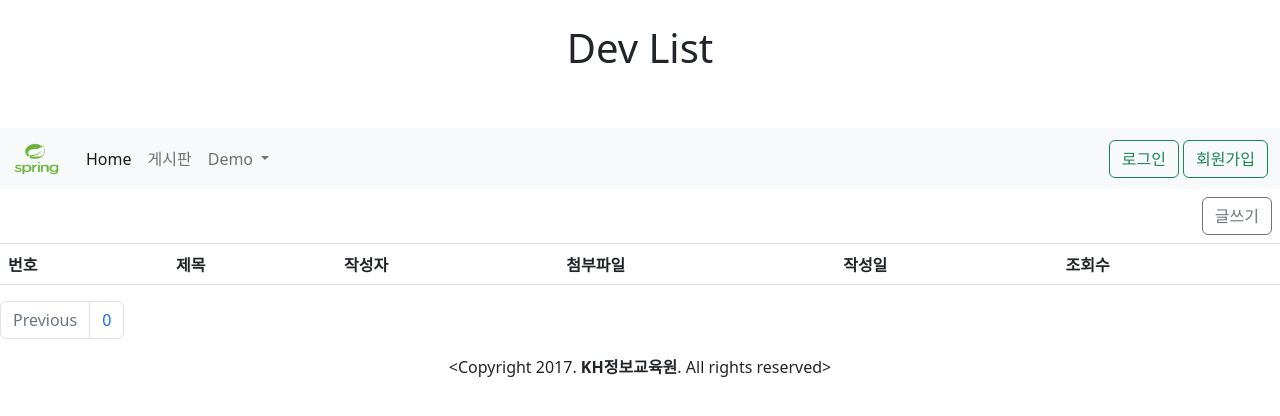
Repository: yerimeee/06_springWork
Page: http://localhost/springProject/WEB-INF/views/board/boardList.jsp
An editor plug-in stored every save of this project. The page is shown before and after the next save, followed by the edit.
The browser window is 1280 px wide. The pictures show the whole page.
The page is served by Tomcat 9. Nobody is signed in. The template is opened directly, without the code that normally fills it, so the values that code supplies are empty.

Above is the page before, as saved 2023-06-16 08:28:35.

After the next save:
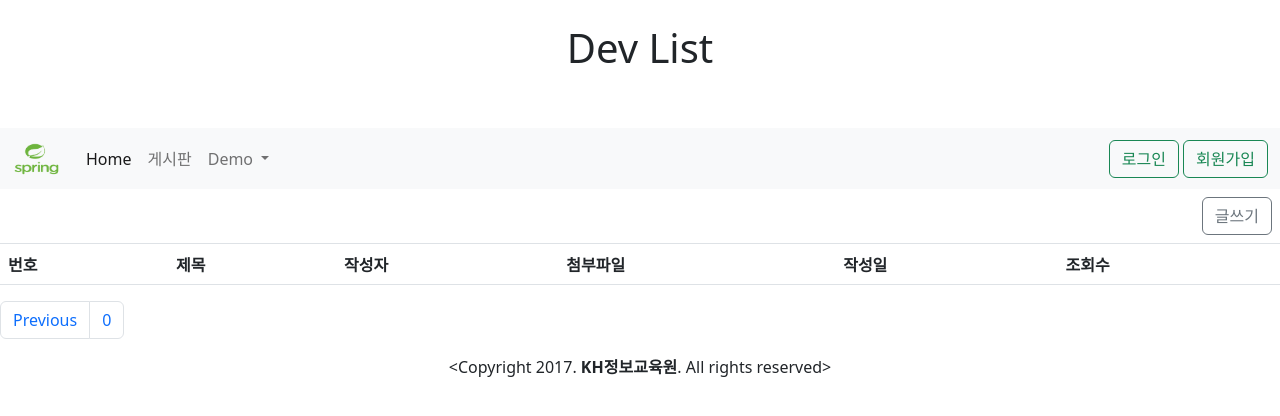
Saved 73 s later.
--- a/springProject/src/main/webapp/WEB-INF/views/board/boardList.jsp
+++ b/springProject/src/main/webapp/WEB-INF/views/board/boardList.jsp
@@ -43,7 +43,7 @@
 <nav aria-label="...">
   <ul class="pagination">
   	<c:if test="${pi.nowPage ne 1 }">
-	    <li class="page-item disabled">
+	    <li class="page-item">
 	      <a class="page-link" tabindex="-1" aria-disabled="true"
 	      		 href="${pageContext.request.contextPath }/board/boardList.bo?nowPage=${pi.nowPage-1}" >Previous</a>
 	    </li>
